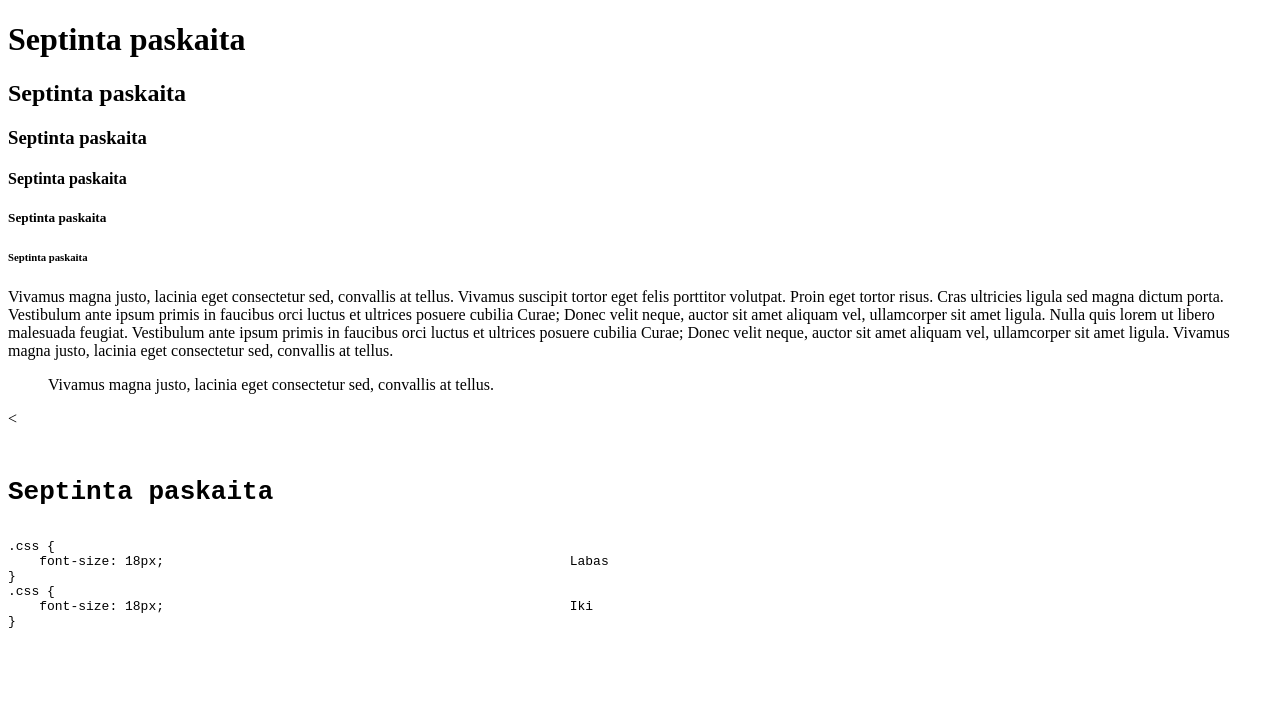
Repository: motiejus1/07-paskaita-05.31
Page: index.html
The author's editor kept a copy of each file at every save. The page is drawn from the files as they stood at one save, then again after a run of saves.
The browser window is 1280 px wide. The pictures show the whole page.

Above is the page before, as saved 2021-06-10 18:45:22.

### index.html
<!DOCTYPE html>
<html lang="en">
<head>
    <meta charset="UTF-8">
    <meta http-equiv="X-UA-Compatible" content="IE=edge">
    <meta name="viewport" content="width=device-width, initial-scale=1.0">
    <title>Septinta paskaita</title>
</head>
<body>
    <h1>Septinta paskaita</h1>
    <h2>Septinta paskaita</h2>
    <h3>Septinta paskaita</h3>
    <h4>Septinta paskaita</h4>
    <h5>Septinta paskaita</h5>
    <h6>Septinta paskaita</h6>

    <p>Vivamus magna justo, lacinia eget consectetur sed, convallis at tellus. Vivamus suscipit tortor eget felis porttitor volutpat. Proin eget tortor risus. Cras ultricies ligula sed magna dictum porta. Vestibulum ante ipsum primis in faucibus orci luctus et ultrices posuere cubilia Curae; Donec velit neque, auctor sit amet aliquam vel, ullamcorper sit amet ligula. Nulla quis lorem ut libero malesuada feugiat. Vestibulum ante ipsum primis in faucibus orci luctus et ultrices posuere cubilia Curae; Donec velit neque, auctor sit amet aliquam vel, ullamcorper sit amet ligula. Vivamus magna justo, lacinia eget consectetur sed, convallis at tellus.</p>

    <blockquote>Vivamus magna justo, lacinia eget consectetur sed, convallis at tellus.</blockquote>


    <p> <  </p>

    <pre>
        <h1>Septinta paskaita</h1>
.css {
    font-size: 18px;                                                    Labas
}
.css {
    font-size: 18px;                                                    Iki
}
    </pre>
</body>
</html>

After the next 2 saves:
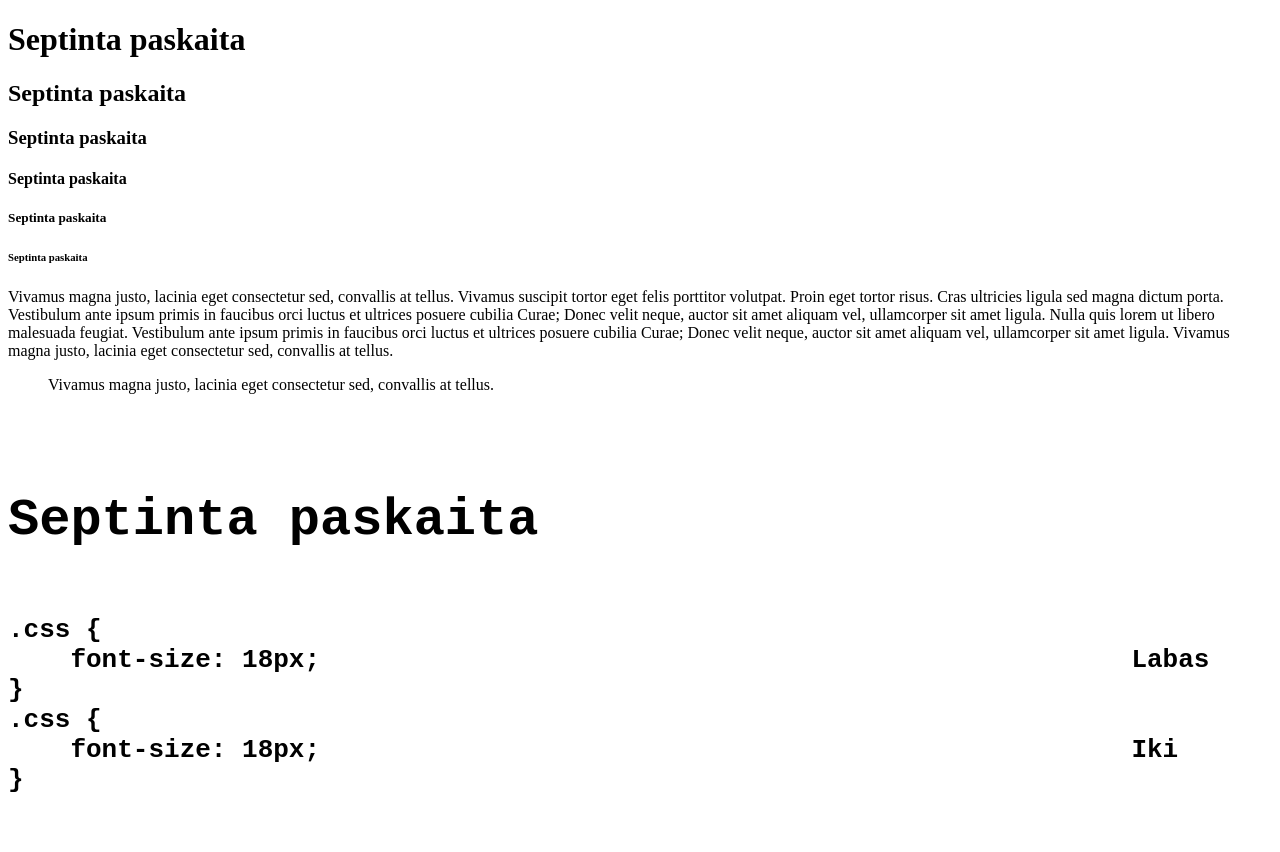
The 2 saves are shown as one change because they came seconds apart.
The last was saved 53 s later.
--- a/index.html
+++ b/index.html
@@ -19,7 +19,7 @@
     <blockquote>Vivamus magna justo, lacinia eget consectetur sed, convallis at tellus.</blockquote>
 
 
-    <p> <  </p>
+    <p> <h1>  </p>
 
     <pre>
         <h1>Septinta paskaita</h1>

After the 2 saves that followed:
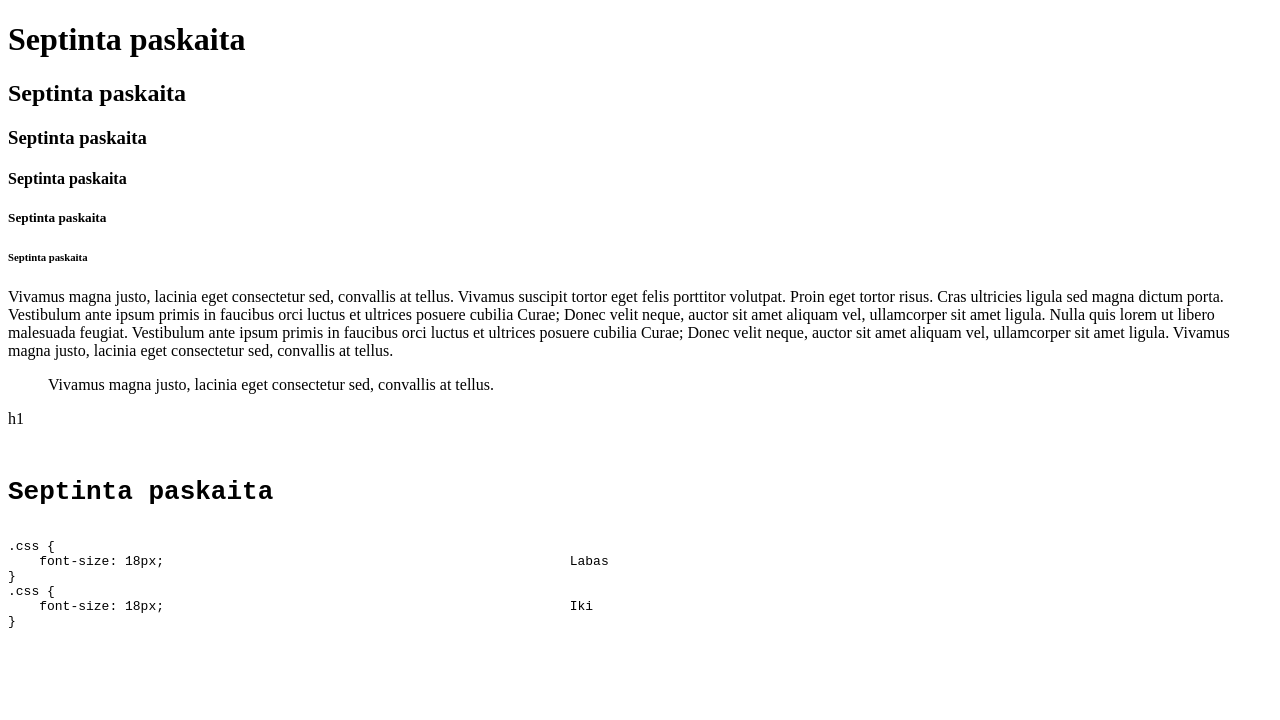
The 2 saves are shown as one change because they came seconds apart.
The last was saved 61 s later.
--- a/index.html
+++ b/index.html
@@ -19,7 +19,7 @@
     <blockquote>Vivamus magna justo, lacinia eget consectetur sed, convallis at tellus.</blockquote>
 
 
-    <p> <h1>  </p>
+    <p> h1  </p>
 
     <pre>
         <h1>Septinta paskaita</h1>
